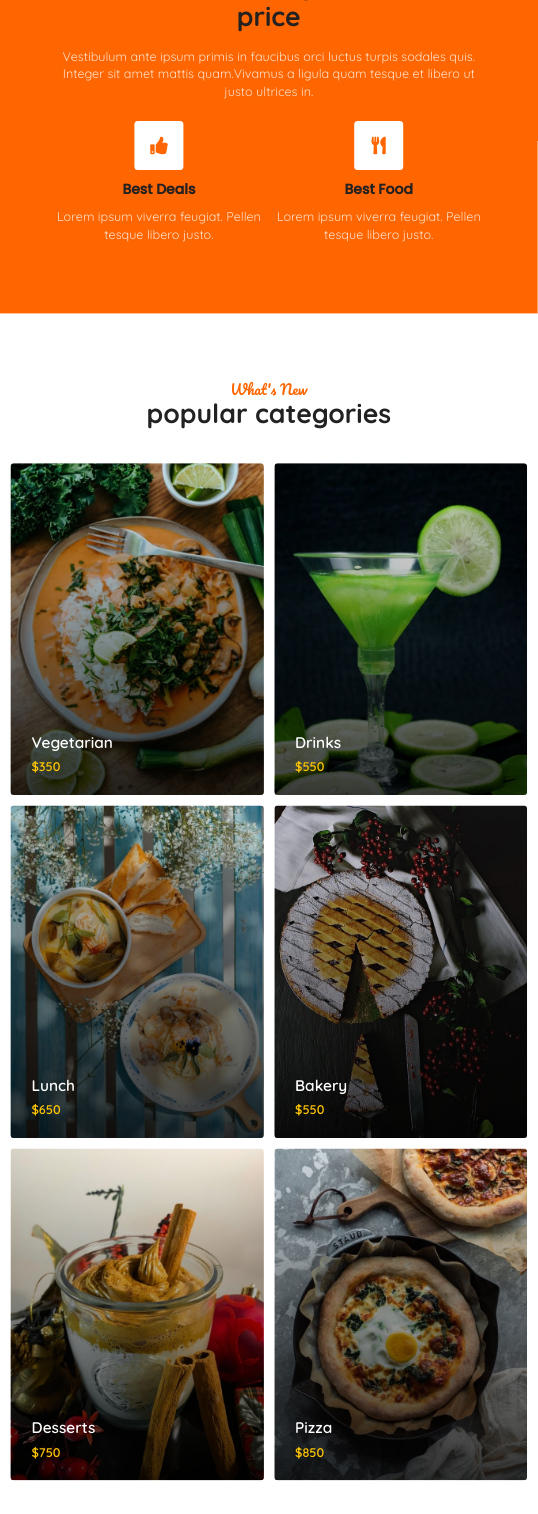
Repository: baobaodeveloper/bootscap21_project_AnhBao_VietToan_VietDuc
Page: index.html
An editor plug-in stored every save of this project. The page is shown before and after the next save, followed by the edit.
The browser window is 768 px wide. The pictures show the part of the page from y = 1614 to 3854 px (the page is 3777 px tall before and 3854 px after), at 70% of full size.
Backgrounds fixed to the window are drawn as part of the page.

Above is the page before, as saved 2022-03-03 11:00:51.

After the next save:
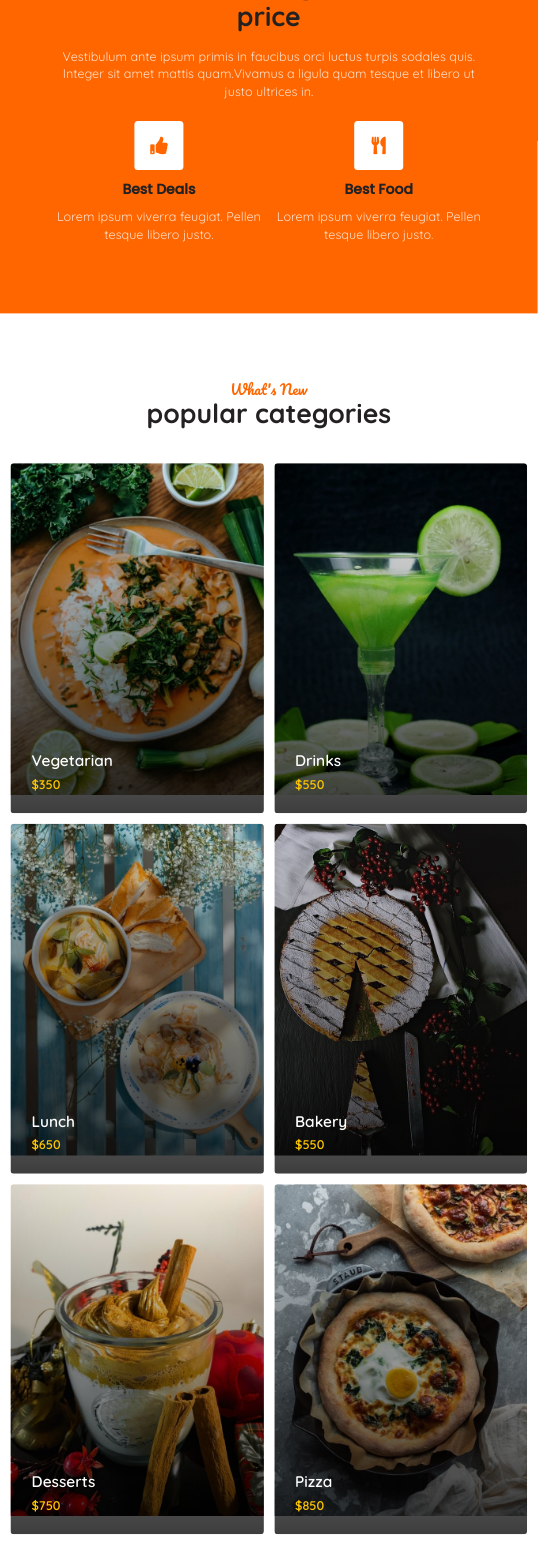
Saved 70 s later.
--- a/style.css
+++ b/style.css
@@ -489,6 +489,10 @@
   .about .text {
     width: 100%;
   }
+
+  .categories__item {
+    height: 50rem;
+  }
 }
 
 @media screen and (max-width: 767px) {

After the save that followed:
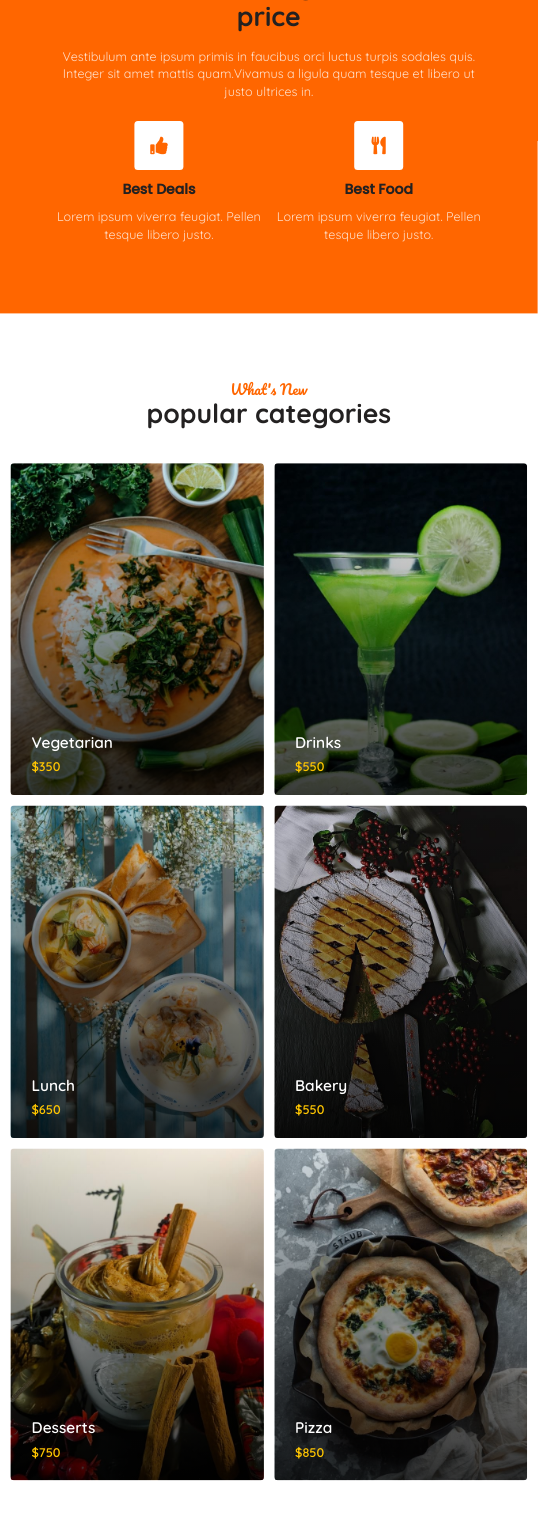
Saved 35 s later.
--- a/style.css
+++ b/style.css
@@ -491,7 +491,7 @@
   }
 
   .categories__item {
-    height: 50rem;
+    max-height: 50rem;
   }
 }
 
